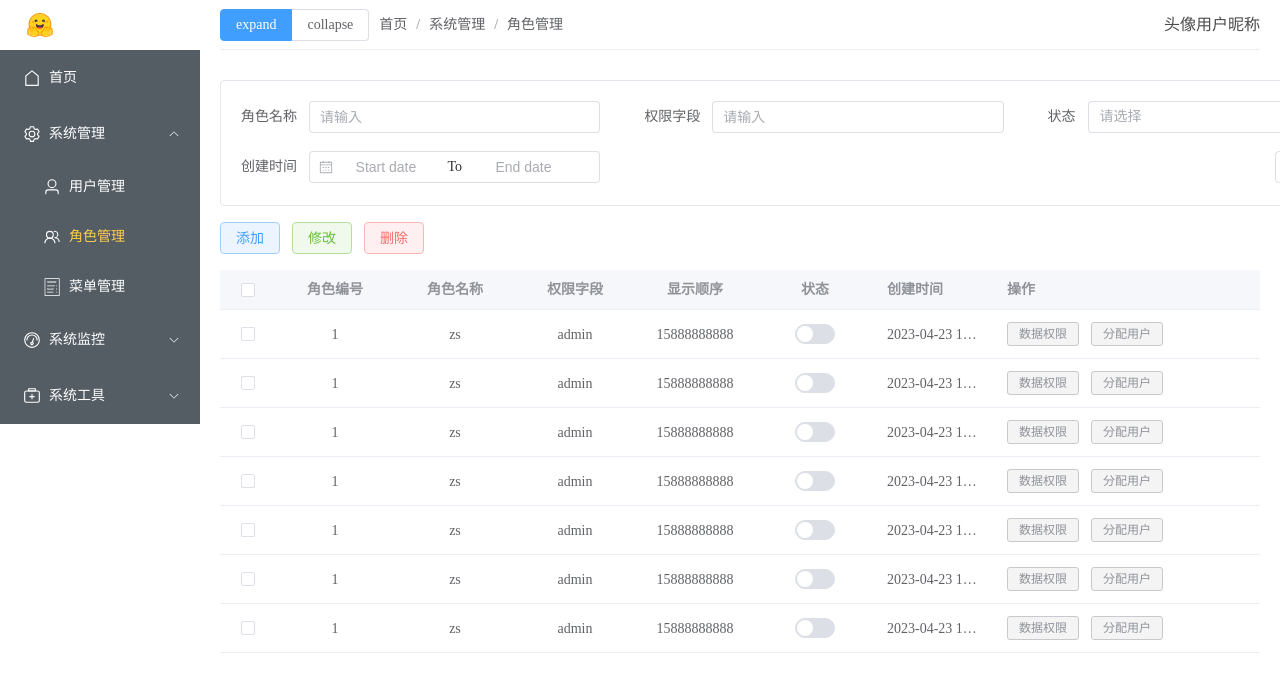
Repository: 202100202078/SignInBox
Page: /admin/system/role
An editor plug-in stored every save of this project. The page is shown before and after the next save, followed by the edit.
The browser window is 1280 px wide. The pictures show the whole page.
The project was rebuilt for these pictures with package versions that can differ from the ones it lists, and the page was loaded fresh each time. Also part of the build but not shown: vite.config.js, src/components/PageFooter.vue, src/components/TableLayout.vue, src/components/ToolTip.vue, src/assets/fonts/iconfont/iconfont.js, src/assets/style/variables.module.scss.

Above is the page before, as saved 2024-01-30 16:38:42.

After the next save:
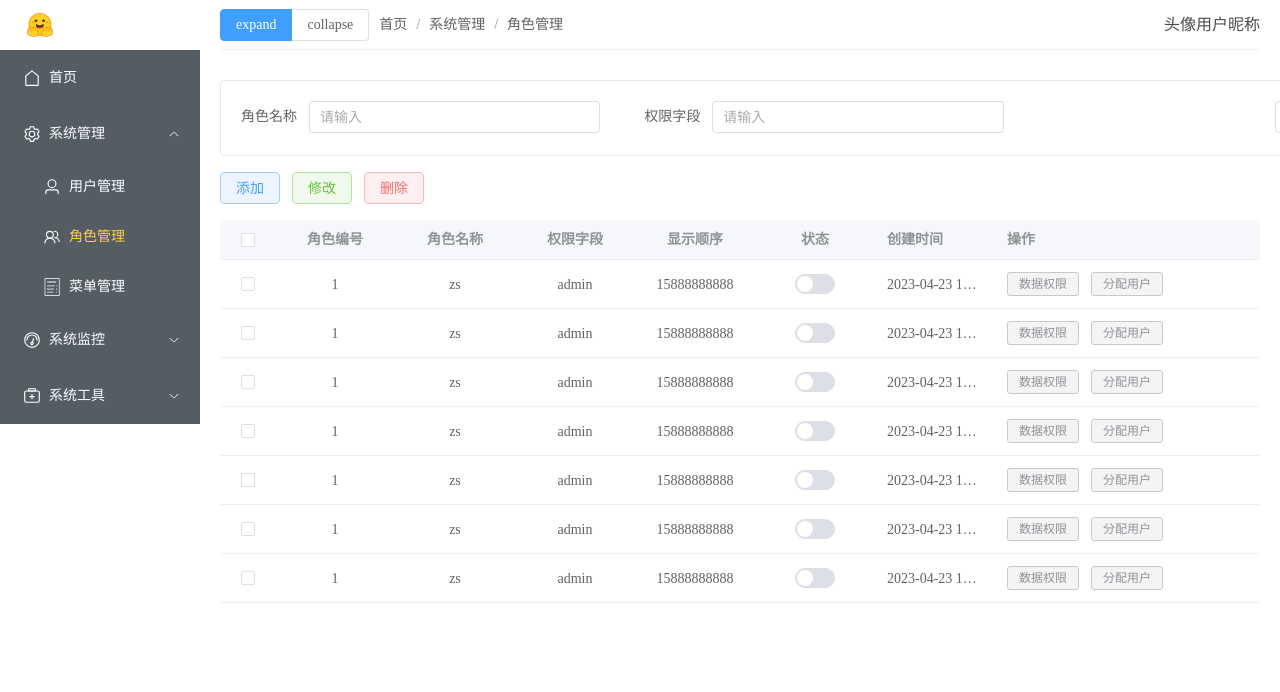
Saved 19 h 0 min later.
--- a/src/views/admin/system/RoleManagement.vue
+++ b/src/views/admin/system/RoleManagement.vue
@@ -1,10 +1,7 @@
 <script setup>
 import { ref } from 'vue'
 
-//筛选表单的显示隐藏
-const isShow = ref(true)
-// const params = ref({})
-// 一个响应式对象存储整个筛选表单的数据(默认显示的两个item需要父子双向绑定)
+// 一个响应式对象存储整个筛选表单的数据
 
 const datePicker = ref('')
 
@@ -89,19 +86,6 @@ const tableData = [
     createDate: '2023-04-23 16:11:38'
   }
 ]
-
-// const test = () => {
-//   console.log(datePicker.value[1])
-//   axios
-//     .get('http://10.161.119.50:9604/api/service/list', {
-//       params: {
-//         endTime: datePicker.value[1]
-//       }
-//     })
-//     .then((res) => {
-//       console.log(res)
-//     })
-// }
 
 const multipleTableRef = ref()
 const multipleSelection = ref([])
